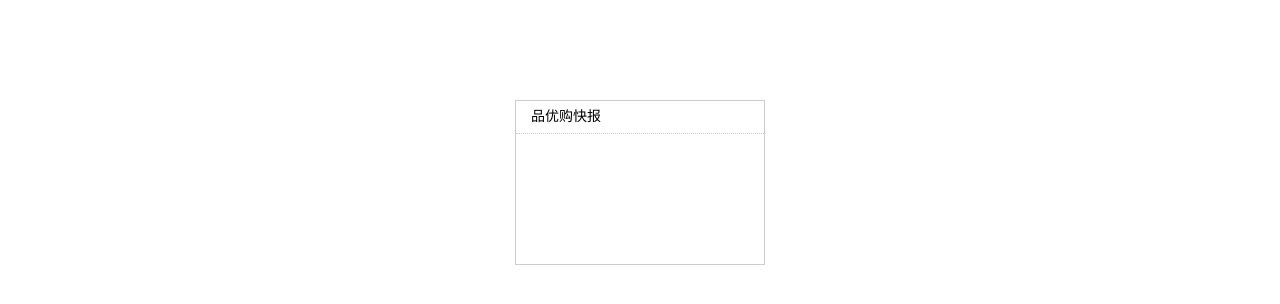
Repository: TheBestBadGuy0228/code
Page: 快报模块.html
The author's editor kept a copy of each file at every save. The page is drawn from the files as they stood at one save, then again after the next save.
The browser window is 1280 px wide. The pictures show the whole page.

Above is the page before, as saved 2021-12-08 13:33:00.

After the next save:
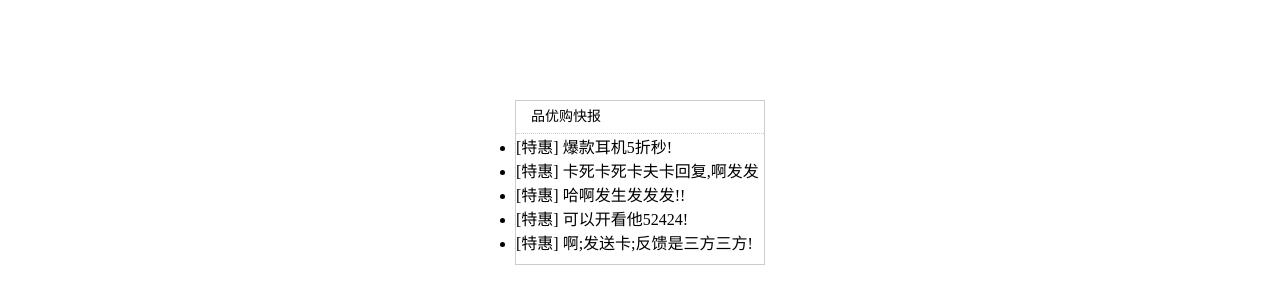
Saved 3 min 47 s later.
--- a/快报模块.html
+++ b/快报模块.html
@@ -38,7 +38,13 @@
 <body>
     <div class="kuaibao">
         <h3>品优购快报</h3>
-
+        <ul>
+            <li>[特惠] 爆款耳机5折秒!</li>
+            <li>[特惠] 卡死卡死卡夫卡回复,啊发发</li>
+            <li>[特惠] 哈啊发生发发发!!</li>
+            <li>[特惠] 可以开看他52424!</li>
+            <li>[特惠] 啊;发送卡;反馈是三方三方!</li>
+        </ul>
     </div>
 </body>
 </html>
